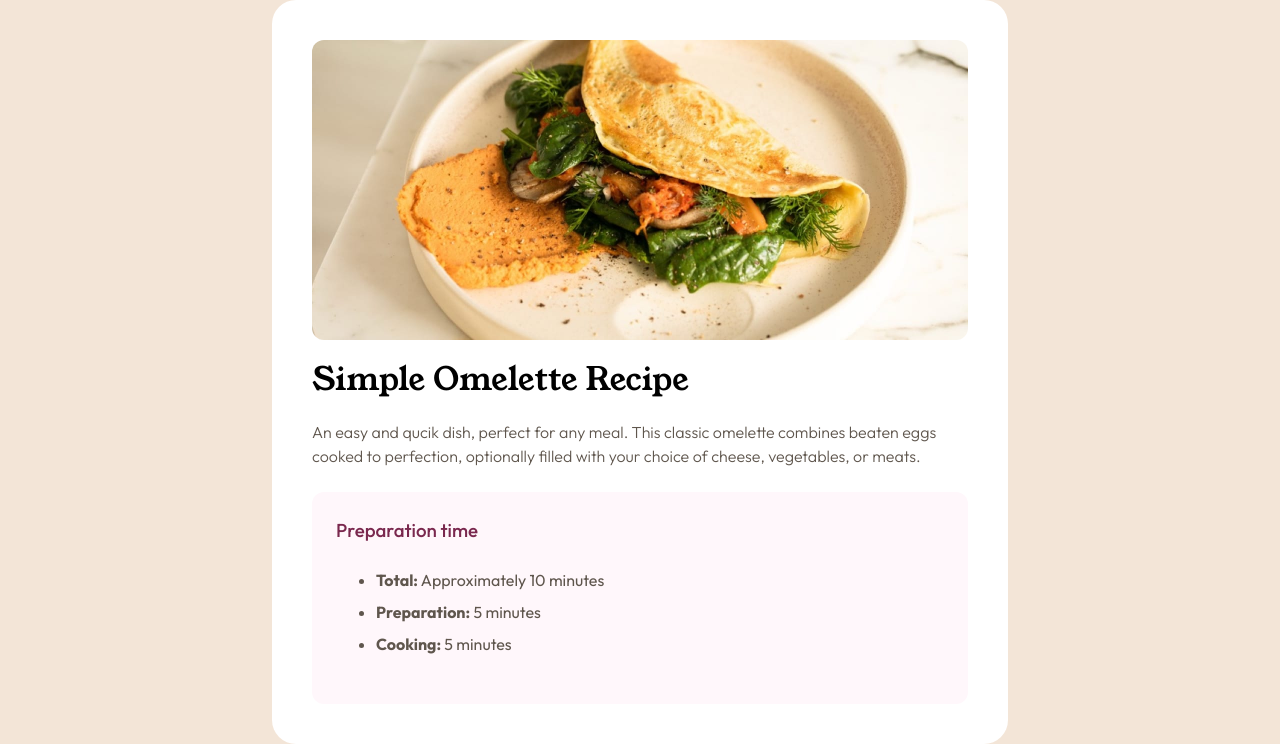
Repository: brandontaylor1/recipe-page
Page: index.html
An editor plug-in stored every save of this project. The page is shown before and after the next save, followed by the edit.
The browser window is 1280 px wide. The pictures show the whole page.

Above is the page before, as saved 2024-12-28 22:16:44.

### index.html
<!DOCTYPE html>
<html lang="en">
<head>
    <meta charset="UTF-8">
    <meta name="viewport" content="width=device-width, initial-scale=1.0">
    <link rel="preconnect" href="https://fonts.googleapis.com">
    <link rel="preconnect" href="https://fonts.gstatic.com" crossorigin>
    <link href="https://fonts.googleapis.com/css2?family=Outfit:wght@100..900&family=Young+Serif&display=swap" rel="stylesheet">
    <link rel="stylesheet" href="styles.css">
    <title>Recipe Page</title>
</head>
<body>
    <main class="container">
        <div class="recipe-card">
            <div class="recipe-title-content">
                <img src="./assets/images/image-omelette.jpeg" alt="recipe-image">
                <h1>Simple Omelette Recipe</h1>
                <p>An easy and qucik dish, perfect for any meal. This classic omelette combines beaten eggs cooked to perfection, optionally filled with your choice of cheese, vegetables, or meats. </p>
            </div>
            <div class="preparation-container">
                <h3>Preparation time</h3>
                <ul class="preparation-time">
                    <li><strong>Total:</strong> Approximately 10 minutes</li>
                    <li><strong>Preparation:</strong> 5 minutes</li>
                    <li><strong>Cooking:</strong> 5 minutes</li>
                </ul>
            </div>
            <div class="ingredients-container">

            </div>
            <div class="instructions-container">

            </div>
            <div class="nutrition-container">

            </div>
        </div>


    </main>



    <script src="index.js"></script>
</body>
</html>

### styles.css
*,
*::before,
*::after {
    box-sizing: border-box;
}

body,
h1,
h2,
h3,
h4,
h5,
h6,
p,
figure,
picture {
    margin: 0;
}

body {
    line-height: 1.5;
    min-height: 100vh;
}

img,
picture {
    max-width: 100%;
    display: block;
}

input,
button,
textarea,
select {
    font: inherit;
}

@media (prefers-reduced-motion: reduce) {
    *,
    *::before,
    *::after {
      animation-duration: 0.01ms !important;
      animation-iteration-count: 1 !important;
      transition-duration: 0.01ms !important;
      scroll-behavior: auto !important;
    }
  }

  /* UTILITY CLASSES */
  /* .flex{
    display: flex;
    gap: var(--gap, 1rem);
  }

  .grid {
    display: grid;
    gap: var(--gap, 1rem);
  }

  .container {
    padding: 0 2rem;
    margin: 0 auto;
    max-width: 80rem;
  }

  .sr-only {
    position: absolute;
    width: 1px;
    height: 1px;
    padding: 0;
    margin: -1px;
    overflow: hidden;
    clip: rect(0, 0, 0, 0);
    white-space: nowrap;
    border-width: 0;
  }

  .backgroundColor {
    background-color: var(--color-rose-50);
  } */




:root {
    /* COLORS */
    --color-rose-800: #7A284E;
    --color-rose-50: #FFF7FB;

    --color-stone-900: #312E2C;
    --color-stone-600: #5F564D;
    --color-stone-150: #E3DDD7;
    --color-stone-100: #F3E5D7;

    --color-brown-800: #854632;

    --color-white: #FFFFFF;
    --color-black: #000000;

    /* FONTS */
    /* @font-face {
        font-family: "YoungSerif-Regular", sans-serif;
        src: url(./fonts/YoungSerif-Regular.ttf) format('ttf');
    }

    @font-face {
        font-family: "Outfit-SemiBold", sans-serif;
        src: url(./fonts/Outfit-SemiBold.ttf) format('ttf');
    }

    @font-face {
        font-family: "Outfit-Bold", sans-serif;
        src: url(./fonts/Outfit-Bold.ttf) format('ttf');
    }

    @font-face {
        font-family: "Outfit-Regular", sans-serif;
        src: url(./fonts/Outfit-Regular.ttf) format('ttf');
    } */

    /* FONT SIZES */
    /* --fs-h1: 9.375rem;
    --fs-h2: 1.75rem;
    --fs-h3: 1.25rem;
    --fs-p: 1rem; */

}

.container {
    display: flex;
    flex-direction: column;
    align-items: center;
    justify-content: center;
    padding: 0 2rem;
    margin: 0 auto;
    max-width: 80rem;
    background-color: var(--color-stone-100);

}

.recipe-card {
    display: flex;
    flex-direction: column;
    align-items: flex-start;
    justify-content: space-between;
    width: 736px;
    padding: 40px;
    background-color: var(--color-white);
    border-radius: 24px;

}

.recipe-card img {
    width: 100%;
    border-radius: 12px;
}

.recipe-card h1 {
    padding: 1rem 0;
    font-family: "Young Serif", sans-serif;
    font-weight: 200;
}

.recipe-title-content p {
    color: var(--color-stone-600);
    font-family: "Outfit", sans-serif;
    font-size: 16px;
    font-weight: 300;
    line-height: 24px;
}

.preparation-container {
    display: flex;
    flex-direction: column;
    align-items: flex-start;
    width: 100%;
    margin-top: 24px;
    padding: 24px;
    border-radius: 12px;;
    background-color: var(--color-rose-50);
}

.preparation-container h3 {
    font-family: "Outfit", sans-serif;
    font-weight: 500;
    color: var(--color-rose-800);
}

.preparation-container p {
    font-family: "Outfit", sans-serif;
}

.preparation-time li {
    font-family: "Outfit", sans-serif;
    color: var(--color-stone-600);
    font-size: 16px;
    font-weight: 400;
    line-height: 24px;
    margin: 8px 0;
    padding-left: ;
}

.preparation-time li strong {
    font-family: "Outfit", sans-serif;
    font-weight: 700;
    font-size: 16px;
    color: var(--color-stone-600);
    line-height: 24px;
}

Loaded but not shown: index.js (common file)

After the next save:
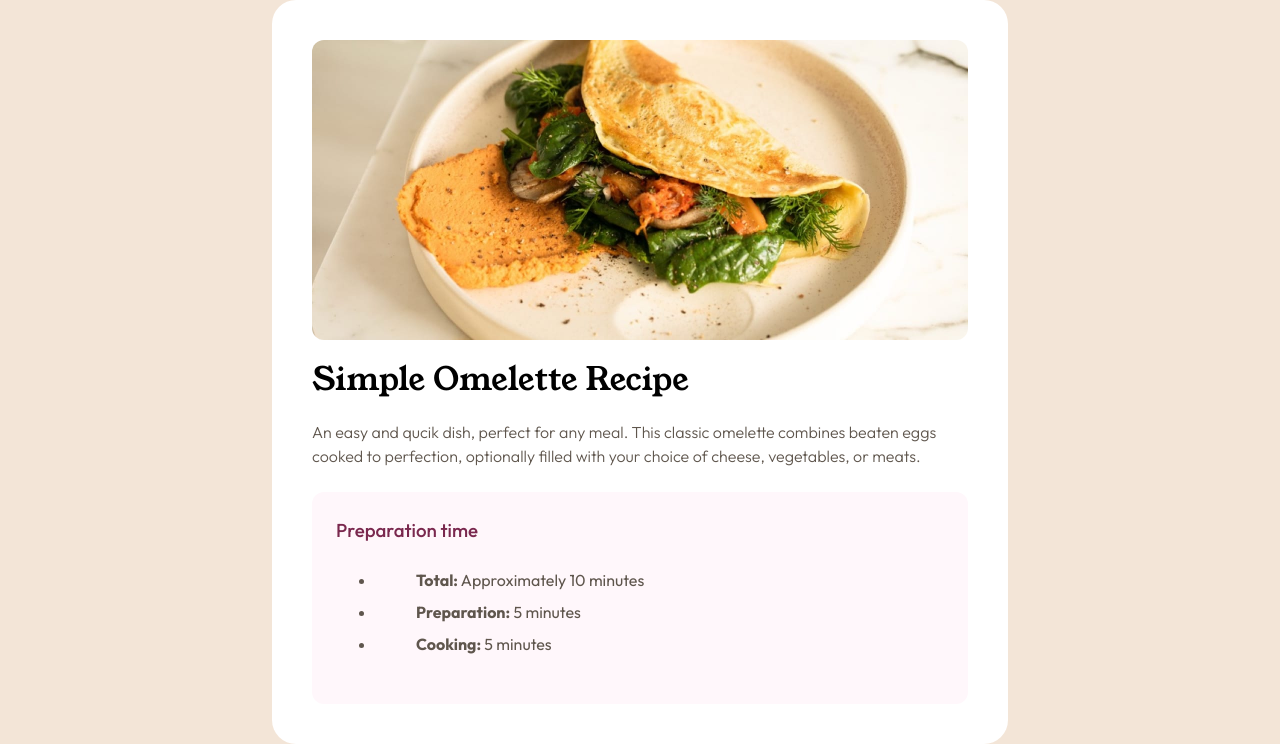
Saved 8 s later.
--- a/styles.css
+++ b/styles.css
@@ -197,7 +197,7 @@
     font-weight: 400;
     line-height: 24px;
     margin: 8px 0;
-    padding-left: ;
+    padding-left: 40px;
 }
 
 .preparation-time li strong {
